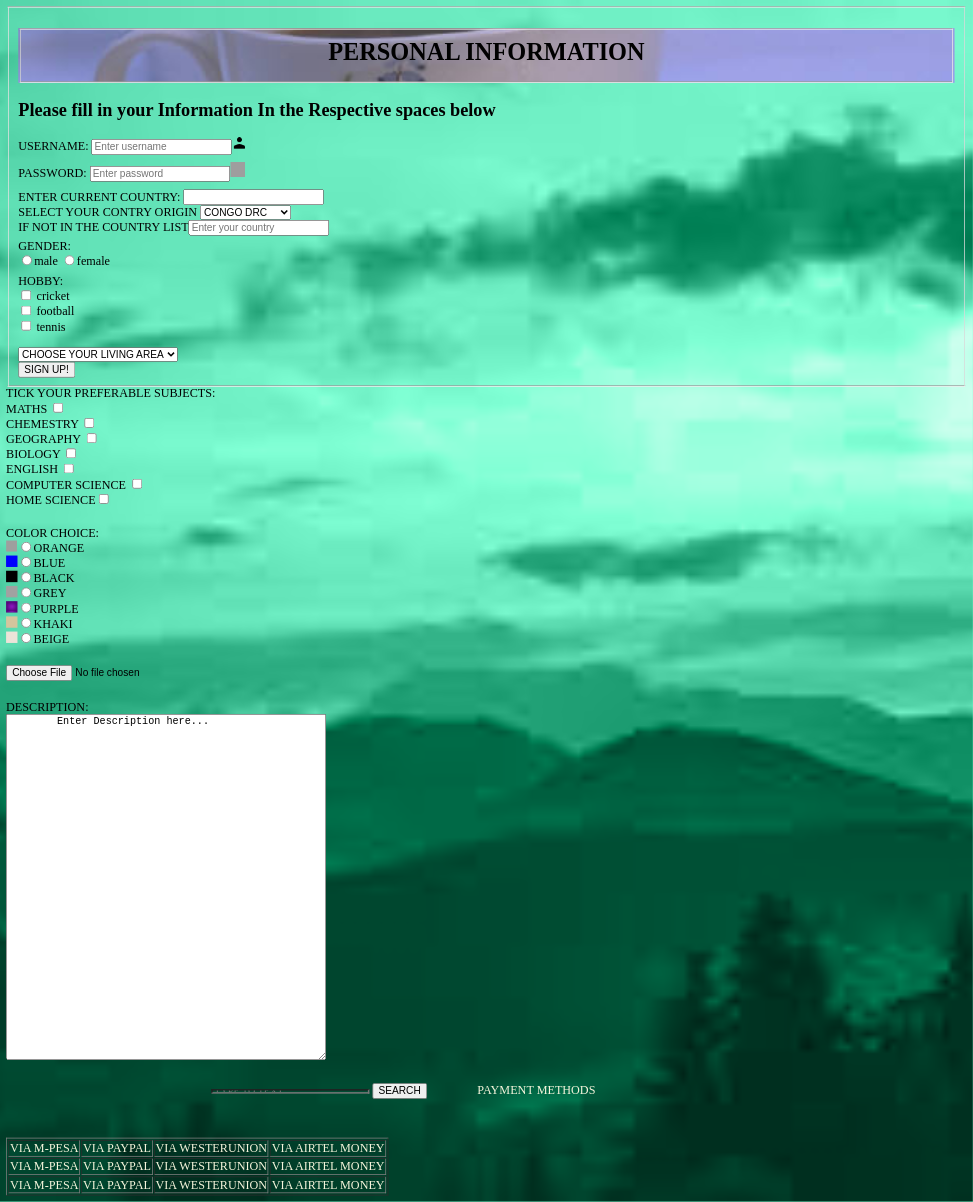
Repository: mirambialex/myform
Page: website/INDEX.HTML
The author's editor kept a copy of each file at every save. The page is drawn from the files as they stood at one save, then again after a run of saves.
The browser window is 1280 px wide. The pictures show the whole page, at 76% of full size.
Pictures or frames that could not be fetched are drawn as grey boxes.

Above is the page before, as saved 2024-04-18 10:58:27.

### website/INDEX.HTML
<!DOCTYPE html>
<html lang="en">
<head>

    <title>WEBPAGE DESIGN</title>
    <LINK REL="STYLESHEET" HREF="STYLE.CSS">
</head>
<body>
   <FOrm> <FIEldset>
            <DIV class="AI">
                <h1><FIEldset>PERSONAL INFORMATION </FIEldset></h1>
</DIV>
<DIV CLASS="BI"> <H2>
    Please fill in your Information In the Respective spaces below
</H2>
</DIV>
<div class="gb">
 <DIV class="MAIN">USERNAME: <INPUT TYPE="TEXT" placeholder="Enter username"><img width="20" height="20" src="user.jpg"<br/>

 </DIV>
 <DIV class="A"> PASSWORD: <INPUT TYPE="PASSWORD" placeholder="Enter password"><img width="20" height="20" src="https://img.icons8.com/ios-filled/50/lock.png" alt="lock"/> <br/></DIV>
    <DIV class="AB">
        ENTER CURRENT COUNTRY: <INPUT type="text"></INPUT>
    </DIV>
    <DIV CLASS="B">
        SELECT YOUR CONTRY ORIGIN <SELect>
            <OPTIon>CONGO DRC</OPTIon>
            <OPTIon>KENYA</OPTIon>
            <OPTIon>SUDAN</OPTIon>
            <OPTIon>SOUTH SUDAN</OPTIon>
            <OPTIon>RWANDA</OPTIon>
            <OPTIon>BURUNDI</OPTIon>
            <OPTIon>UGANDA</OPTIon>
            <OPTIon>TANZANIA</OPTIon>
            <OPTIon>SOMALIA</OPTIon>

        </SELect> <br/>
    </DIV>
    <div class="wcb">
    IF NOT IN THE COUNTRY LIST<INPUt type="TEXT" placeholder="Enter your country"</INPUt>
    </div>
<div class="d">
<LAbeL for="GENDER">GENDER: </LAbel><BR/>
<INPUT type="radio" ID="GENDER" name="GENDER" VALUE="male"/>male
<INPUT type="radio" ID="GENDER" name="GENDER" VALUE="female"/>female <br/>
</div>
<div class="e">
HOBBY:<br>
<input type="checkbox" id="cricket" name="cricket" value="cricket"/>
<label for="cricket">cricket</label> <br>
<input type="checkbox" id="football" name="football" value="football"/>
<label for="football">football</label> <br>
<input type="checkbox" id="tennis" name="tennis" value="tennis"/>
<label for="tennis">tennis</label> <br>
<br/> </div>
<div class="address">
    <select name="address">
        <option value="one">CHOOSE YOUR LIVING AREA</option>
        <option>kakuma town</option>
        <option>kakuma 1</option>
        <option>kakuma 2</option>
        <option>kakuma 3</option>
        <option>kakuma 4</option>
        <option>kalobeyeyi</option>
    </select>
</div>
<DIV class="C"><BUTTon>SIGN UP!</BUTTon></DIV>
</FIEldset>
</div>
</div>
</DIV>
</FORM>
<FORM>
    <DIV class="FORM"></A>TICK YOUR PREFERABLE SUBJECTS: <BR/>
    MATHS <input TYPE="checkbox" NAME="MATHS" VALUE="ON"><BR/>
    CHEMESTRY <INPUT type="checkbox" NAME="CHEMESTRY" VALUE="ON"><BR/>
        GEOGRAPHY <INPUT type="checkbox" NAME="GEOGRAPHY" value="ON"><BR/>
            BIOLOGY <INPUT type="checkbox" NAME="BIOLOGY" VALUE="ON"><BR/>
                ENGLISH <input type="checkbox" name="ENGLISH" value="ON"><BR/>
                COMPUTER SCIENCE <input TYPE="checkbox" name="COMPUTER SCIENCE" value="ON"><BR/>
                HOME SCIENCE<input type="checkbox" name="HOME SCIENCE" VALUE="ON"></BR></DIV>
                <DIV class="FORM2">
                    <LAbel FOR="COLOR CHOICE">COLOR CHOICE:</LAbel><BR/>
                    <IMG WIDTH="15" HEIGHT="15" SRC="ORAGE.JPG"><INPut type="RADIO" NAME="COLOR" VALUE="ORANGE">ORANGE</INPut><BR/>
                    <IMG WIDTH="15" HEIGHT="15" SRC="BLUE.JPG"><INPut type="RADIO" NAME="COLOR" VALUE="BLUE">BLUE</INPut><BR/>
                    <IMG WIDTH="15" HEIGHT="15" SRC="BLACK.JPG"><INPut type="RADIO" NAME="COLOR" VALUE="BLACK">BLACK</INPut><BR/>
                    <IMG WIDTH="15" HEIGHT="15" SRC="GREY.JPG"><INPut type="RADIO" NAME="COLOR" VALUE="GREY">GREY</INPut><BR/>
                    <IMG WIDTH="15" HEIGHT="15" SRC="PURPLE.JPG"><INPut type="RADIO" NAME="COLOR" VALUE="PURPLE">PURPLE</INPut><BR/>
                    <IMG WIDTH="15" HEIGHT="15" SRC="KHAKI.JPG"><INPut type="RADIO" NAME="COLOR" VALUE="KHAKI">KHAKI</INPut><BR/>
                    <IMG WIDTH="15" HEIGHT="15" SRC="BEIGE.JPG"><INPut type="RADIO" NAME="COLOR" VALUE="BEIGE">BEIGE</INPut><BR/>
                </DIV>
                <DIV class="FILE"><INPUT TYPE="FILE" NAME="FILEUPLOAD" accept="IMAGE/*" /></DIV>
                <DIV class="FORM1">
    DESCRIPTION: <br/>
    <textarea name="Description" cols="50" rows="30">
        Enter Description here...
    </textarea>
</DIV>
 <DIV class="SEARCH">
    <INPUT class="SRCH""search" NAME="" placeholder="TYPE TO TEXT">
        <A href="#"><BUtton class="BTN">SEARCH</BUtton></A>
 </DIV>
<DIV class="TABLE1">
    <TABle border="1">PAYMENT METHODS<BR/>
    <TR><BR/>
    <TD>VIA M-PESA</TD>
    <TD>VIA PAYPAL</TD>
    <TD>VIA WESTERUNION</TD>
    <TD>VIA AIRTEL MONEY</TD>
</TR>
<TR><BR/>
    <TD>VIA M-PESA</TD>
    <TD>VIA PAYPAL</TD>
    <TD>VIA WESTERUNION</TD>
    <TD>VIA AIRTEL MONEY</TD>
</TR>
<TR><BR/>
    <TD>VIA M-PESA</TD>
    <TD>VIA PAYPAL</TD>
    <TD>VIA WESTERUNION</TD>
    <TD>VIA AIRTEL MONEY</TD>
</TR>
</TABle>
</DIV>

</FORM>
 </body>
</html>

### website/STYLE.CSS
BODY{
    background-image: url(IMAGE.JPG);
    background-color: aquamarine;
    background-position: center;
    background-size: cover;
    background-repeat: no-repeat;
    background-blend-mode: luminosity;
}
H1{
    text-align: center;
}
.O{
    background-color: aliceblue;
    background-image: url(ALEX.PNG.JPG);
}
.MAIN{
    margin-bottom: 0.8%;
    background-color:
}
.A{
    margin-bottom: 0.8%;
}
.c{
    margin-bottom: 1.5%;
    color: blueviolet;
    text-decoration: aqua;
}
.d{
    margin-top: 0.4%;

}
.e{
    margin-top: 0.6%;
}
.AI{
    background-image: url(ALEX.JPG);
    background-repeat: no-repeat;
    background-position: center;
    background-size: cover;
}
.gb{
    display: block;

}
: :-ms-input-placeholder{
    color:red;
}
.address{

}
.FORM1{
    margin-top: 2%;
    margin-bottom: 2%;
}
.TABLE1{
    color: beige;
    border-radius: 20;

}
.FORM2{
    margin-top: 2%;
}
.FILE{
    margin-top: 2%;
}
.SEARCH{
    width: 350PX;
    float: left;
    margin-left: 270PX;
}
.SRCH{
    height: 0;
    width: 200PX;
    background: transparent;
    border: 1PX solidO;
    font-family: 'Times New Roman';
}

After the next 2 saves:
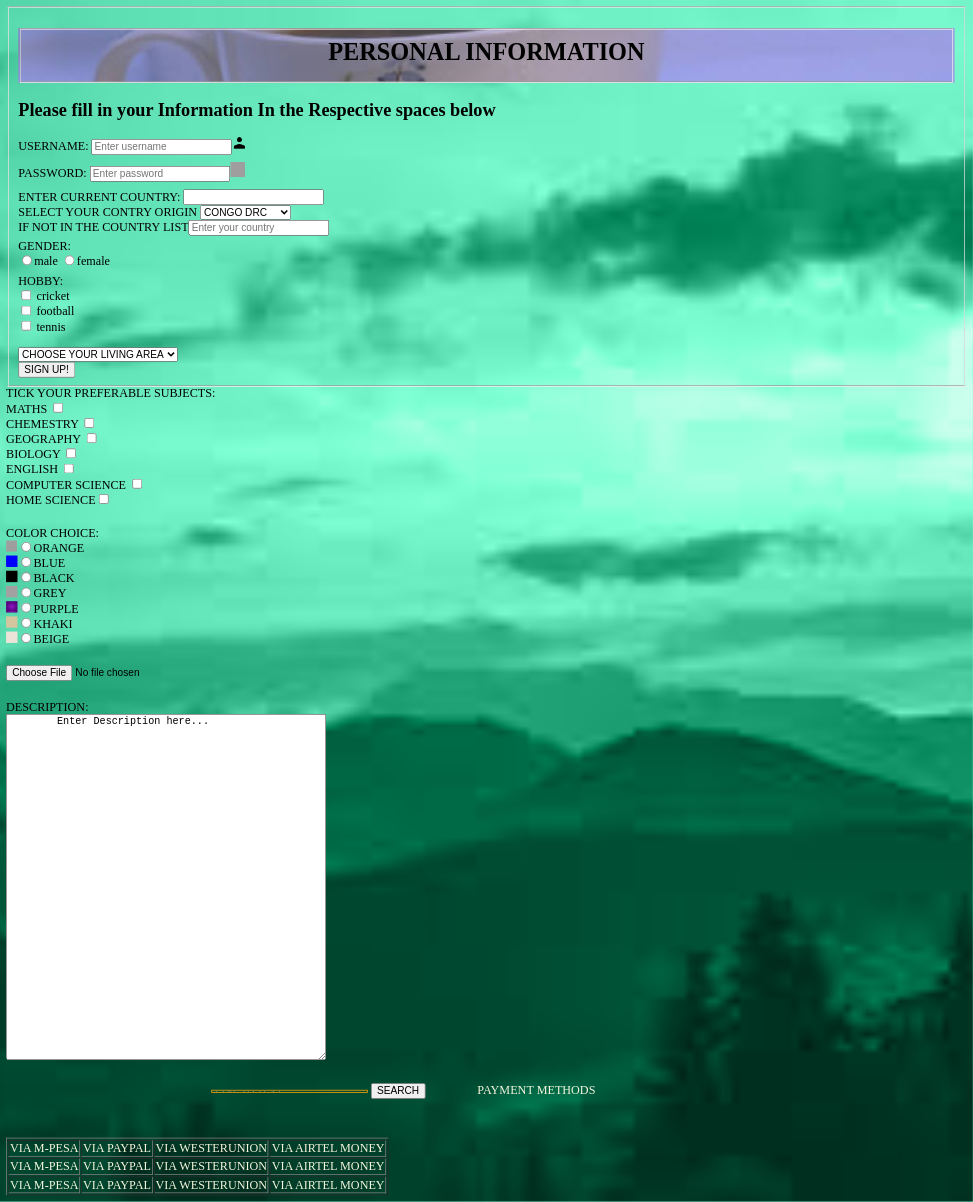
The 2 saves are shown as one change because they came seconds apart.
The last was saved 6 s later.
--- a/website/STYLE.CSS
+++ b/website/STYLE.CSS
@@ -72,6 +72,6 @@ H1{
     height: 0;
     width: 200PX;
     background: transparent;
-    border: 1PX solidO;
+    border: 1PX solid orange;
     font-family: 'Times New Roman';
 }
